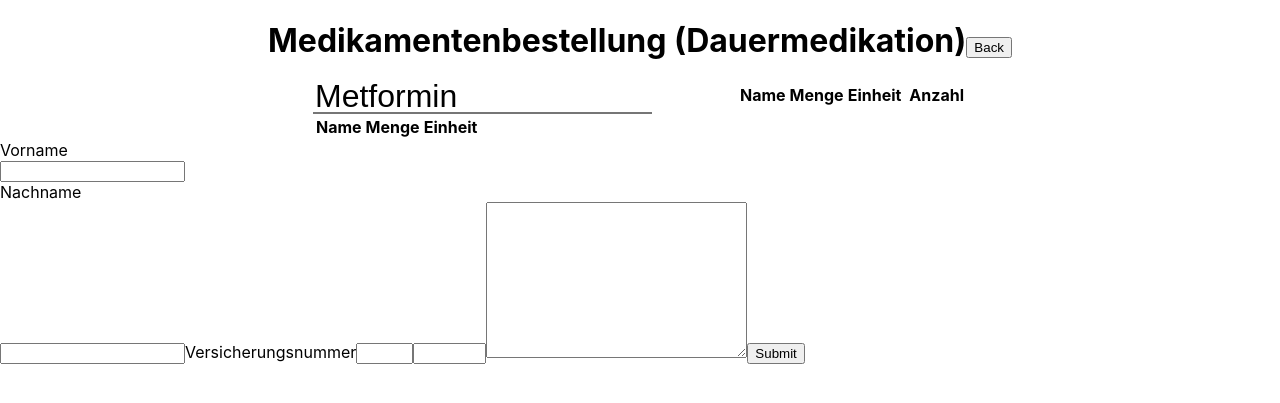
Repository: Esatollah/MedDemo
Page: / (app in client/)
The author's editor kept a copy of each file at every save. The page is drawn from the files as they stood at one save, then again after the next save.
The browser window is 1280 px wide. The pictures show the whole page.
The page's requests for data from a server got no answer. The project was rebuilt for these pictures with package versions that can differ from the ones it lists, and the page was loaded fresh each time. No one was signed in, and anything a server would have sent is missing. Also part of the build but not shown: client/src/App.css, client/src/Routes/Bestellungen.jsx.

Above is the page before, as saved 2022-06-08 16:29:11.

### client/src/App.js
import './App.css';
import SearchBar from './Routes/Search';
import {BrowserRouter, Routes, Route} from 'react-router-dom'
import Bestellungen from './Routes/Bestellungen';
import ReactModal from 'react-modal';

ReactModal.setAppElement('#root')
function App() {
  return (
    <BrowserRouter>
    <Routes>
      <Route path='/' element={<div><SearchBar/></div>}/>
      <Route path='/bestellungen' element={<div><Bestellungen/></div>}/>
    </Routes>
    </BrowserRouter>
  );
}

export default App;

### client/src/Routes/Search.jsx
import React, { useState, useEffect } from 'react'
import DrugAPI from '../api/DrugAPI';
import Form from '../components/Form';
import './Search.css'


const Search = () => {

  const [searchinput, setSearchinput] = useState("Metformin");
  const [drugs, setDrugs] = useState([]);
  const [cartitems, setCartitems] = useState([]);

  // add loading screen, maybe with loading while drugs empty
  useEffect(() => {
    const fetchData = async () => {
      try {
        const result = await DrugAPI.get(`/?drugsearch=${searchinput}`)
        setDrugs(result.data.meds)
      } catch (err) {
        console.error(err);
      }
    }

    fetchData();

  }, [searchinput])

  const handleDrugClick = (e, x) => {
    const is_in_cart = cartitems.some(y => {
      if (y.id === x.id) {
        return true;
      }

      return false;
    })

    if (is_in_cart) {
      return
    }
    let temp = { ...x, anzahl: "1" }
    setCartitems([...cartitems, temp]);
  }

  const handleDelete = (e, x, index) => {
    let temp = [...cartitems]

    temp.splice(index, 1);

    setCartitems(temp);
  }

  const handleCountchange = (e, x, index) => {
    let temps = [...cartitems]
    let temp = {
      ...temps[index],
      anzahl: e.target.value
    }
    temps[index] = temp
    setCartitems(temps);

  }


  return (
    <>
      <h1>Medikamentenbestellung (Dauermedikation)<a href='/bestellungen'><button >Back</button></a></h1>
      <div className='order-box'>
        <div className='search-box'>
          <input type="search" placeholder="Suche" id="search" value={searchinput} onChange={e => setSearchinput(e.target.value)} />
          <div className='table-box'>
            <table className='drugtable'>
              <thead>
                <tr>
                  <th scope='col'>
                    Name
                  </th>
                  <th scope='col'>Menge</th>
                  <th scope='col'>Einheit</th>
                  <th scope='col'></th>
                </tr>
              </thead>
              <tbody>
                {drugs && drugs.map((x) => {
                  return (
                    <tr key={x.id} className="drug-row" >
                      <td className={x.name}>{x.name}</td>
                      <td>{x.menge}</td>
                      <td>{x.mengenart}</td>
                      <td><button onClick={(e) => { handleDrugClick(e, x) }}>+</ button></td>
                    </tr>
                  )
                })}
              </tbody>

            </table>
          </div>
        </div>

        <div>
          <table>
            <thead>
              <tr>
                <th scope='col'>
                  Name
                </th>
                <th scope='col'>Menge</th>
                <th scope='col'>Einheit</th>
                <th scope='col'></th>
                <th scope='col'>Anzahl</th>
              </tr>
            </thead>
            <tbody>
              {cartitems && cartitems.map((x, index) => {
                if (x.abgabezahl) {
                  return (
                    <tr key={index} className="drug-row" >
                      <td>{x.name}</td>
                      <td>{x.menge}</td>
                      <td>{x.mengenart}</td>
                      <td><button onClick={(e) => handleDelete(e, x, index)}>-</button></td>
                      <td><select onChange={(e) => { handleCountchange(e, x, index) }}><option value="1">1</option><option value="2">2</option></select></td>
                    </tr>
                  )
                }
                return (
                  <tr key={index} className="drug-row" >
                    <td>{x.name}</td>
                    <td>{x.menge}</td>
                    <td>{x.mengenart}</td>
                    <td><button onClick={(e) => handleDelete(e, x, index)}>-</button></td>
                    <td>1</td>
                  </tr>
                )
              })}
            </tbody>
          </ table>
        </div>
      </div>

      <Form cartitems={cartitems} setCartitems={setCartitems} />
    </>
  )
}

export default Search

### client/src/api/DrugAPI.js
import axios from 'axios'

export default axios.create({
    baseURL: "http://localhost:5000/api"
})

### client/src/components/Form.jsx
import React, {useState}from 'react'
import DrugAPI from '../api/DrugAPI'

const Form = props => {

    const [fname, setFname] = useState('');
    const [lname, setLname] = useState('');
    const [vpin, setVpin] = useState('');
    const [vbday, setVbday] = useState('');
    const [anmerkungen, setAnmerkungen] = useState('');

    const handleSubmit = (e) => {

        e.preventDefault();
        const formdata = {
            fname,
            lname,
            vpin,
            vbday,
            anmerkungen
        }

        const fetchData = async () =>{
            try {
            await DrugAPI.post("/", {drugs:{...props.cartitems}, ...formdata})
            } catch (error) {
                console.error(error);
            }
    }

    fetchData();

    setFname('');setLname('');setVpin('');setVbday('');setAnmerkungen('');
    props.setCartitems([]);

}


  return (
    <div>
        <form onSubmit={(e) =>handleSubmit(e)}>
            <label htmlFor="fname">Vorname</label><br/>
            <input type="text" value={fname} id="fname" name="fname" onChange={(e)=> setFname(e.target.value)}required/><br/>
            <label htmlFor="lname">Nachname</label><br />
            <input type="text" id="lname" value={lname} onChange={(e) => setLname(e.target.value)}name="lname" required />
            <label htmlFor="pin">Versicherungsnummer</label>
            <input type="text" id="pin" value={vpin} onChange={(e) => setVpin(e.target.value)} name="pin" size="4" minLength="4"maxLength="4" required/>
            <input type="text" id="bday" value={vbday} onChange={(e) => setVbday(e.target.value)} name="bday" size="6" minLength={6} maxLength={6} required/>
            <textarea value={anmerkungen} onChange={(e) => setAnmerkungen(e.target.value)} name="message" rows="10" cols="30">
            </textarea>
            <input type="submit" value="Submit" ></input><br />
        </form>
    </div>

  )
}

export default Form

### client/src/Routes/Search.css
#search {
    width:80%;
    height: 2rem;
    outline:none;
    border-top: hidden;
    border-right: hidden;
    border-left: hidden;
    font-size: 2rem;
}

.table-box {
    max-height: 200px;
    max-width: 80%;
    min-width:80%;
    overflow-y: auto;
}

h1 {
    display:flex;
    justify-content: center;
}

.order-box {
    display: flex;
    justify-content: center;
}

.search-box {
    max-width:50%;
}

.drug-row:hover {
    background-color: beige;
}

.drugtable {
    width:40%
}

Loaded but not shown: client/public/index.html (common file); client/src/index.js (common file); client/src/index.css (common file)

After the next save:
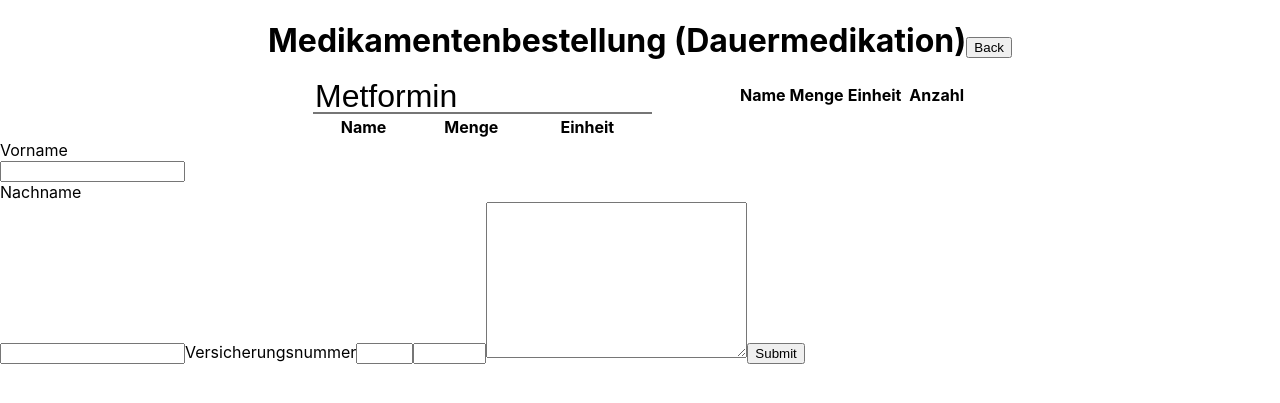
Saved 9 s later.
--- a/client/src/Routes/Search.css
+++ b/client/src/Routes/Search.css
@@ -34,5 +34,5 @@ h1 {
 }
 
 .drugtable {
-    width:40%
+    width:100%
 }
